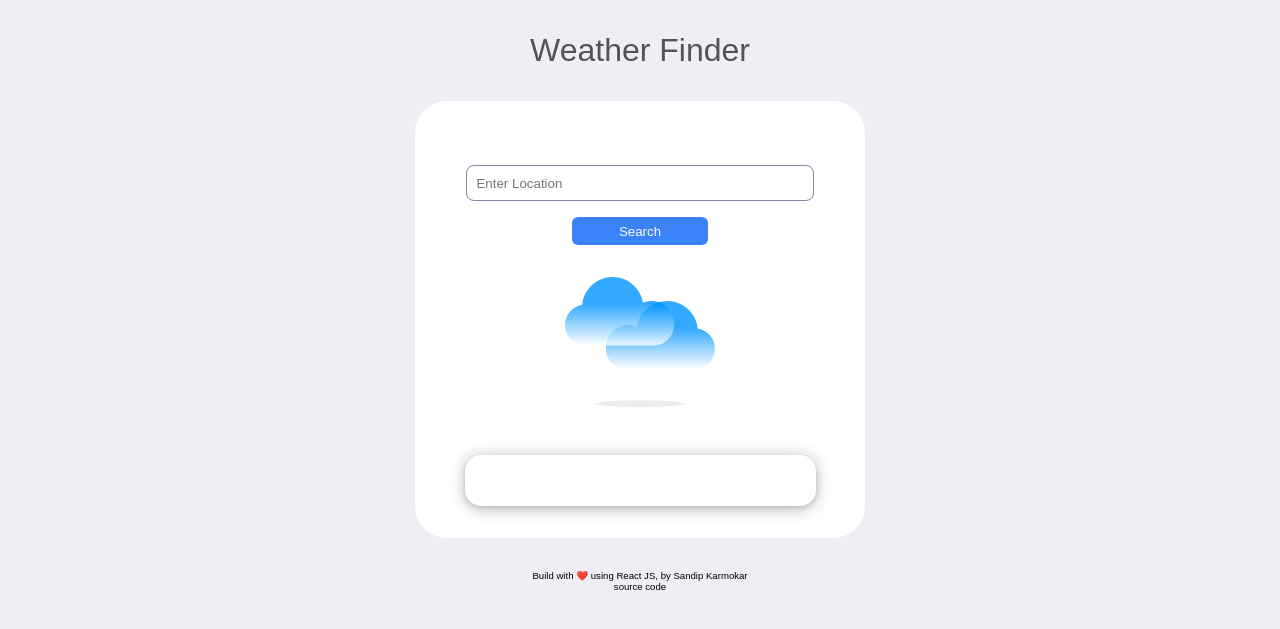
Repository: sandipkarmokar/weather-app
Page: /
These files come from the project's save history. The page is drawn as it stood at one moment and after the next save; the edit follows.
The browser window is 1280 px wide. The pictures show the whole page.
The project was rebuilt for these pictures with package versions that can differ from the ones it lists, and the page was loaded fresh each time.

Above is the page before, as saved 2022-04-12 18:09:15.

After the next save:
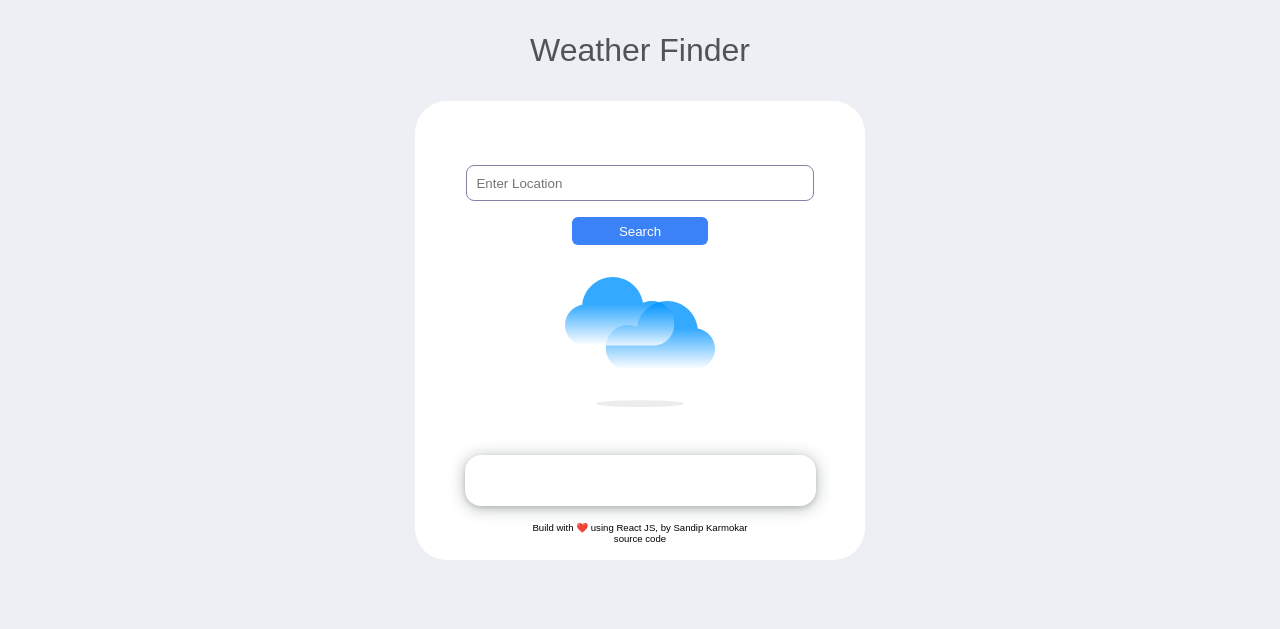
Saved 88 s later.
--- a/src/App.js
+++ b/src/App.js
@@ -44,11 +44,11 @@
                     weatherData={weatherData}
                     isDay={isDay}
                 ></WeatherInfoShow>
+                <footer>
+                    <p>Build with ❤️ using React JS, by Sandip Karmokar</p>
+                    <p>source code</p>
+                </footer>
             </div>
-            <footer>
-                <p>Build with ❤️ using React JS, by Sandip Karmokar</p>
-                <p>source code</p>
-            </footer>
         </div>
     );
 }

After the save that followed:
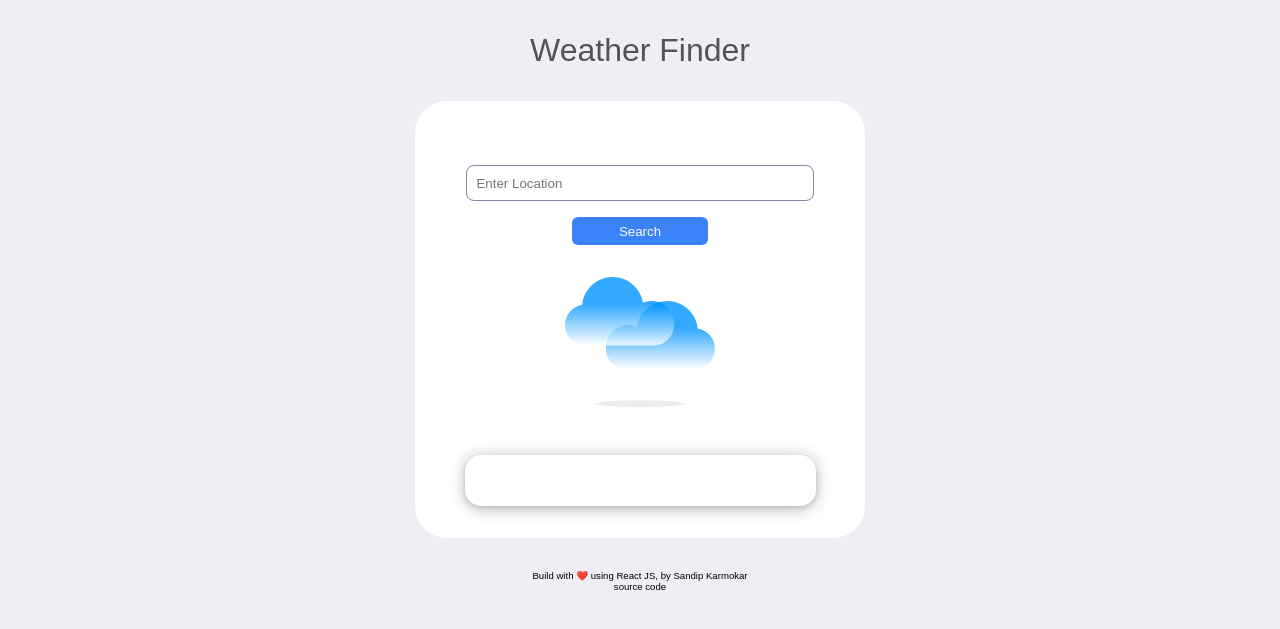
Saved 15 s later.
--- a/src/App.js
+++ b/src/App.js
@@ -44,11 +44,11 @@
                     weatherData={weatherData}
                     isDay={isDay}
                 ></WeatherInfoShow>
-                <footer>
-                    <p>Build with ❤️ using React JS, by Sandip Karmokar</p>
-                    <p>source code</p>
-                </footer>
             </div>
+            <footer>
+                <p>Build with ❤️ using React JS, by Sandip Karmokar</p>
+                <p>source code</p>
+            </footer>
         </div>
     );
 }
